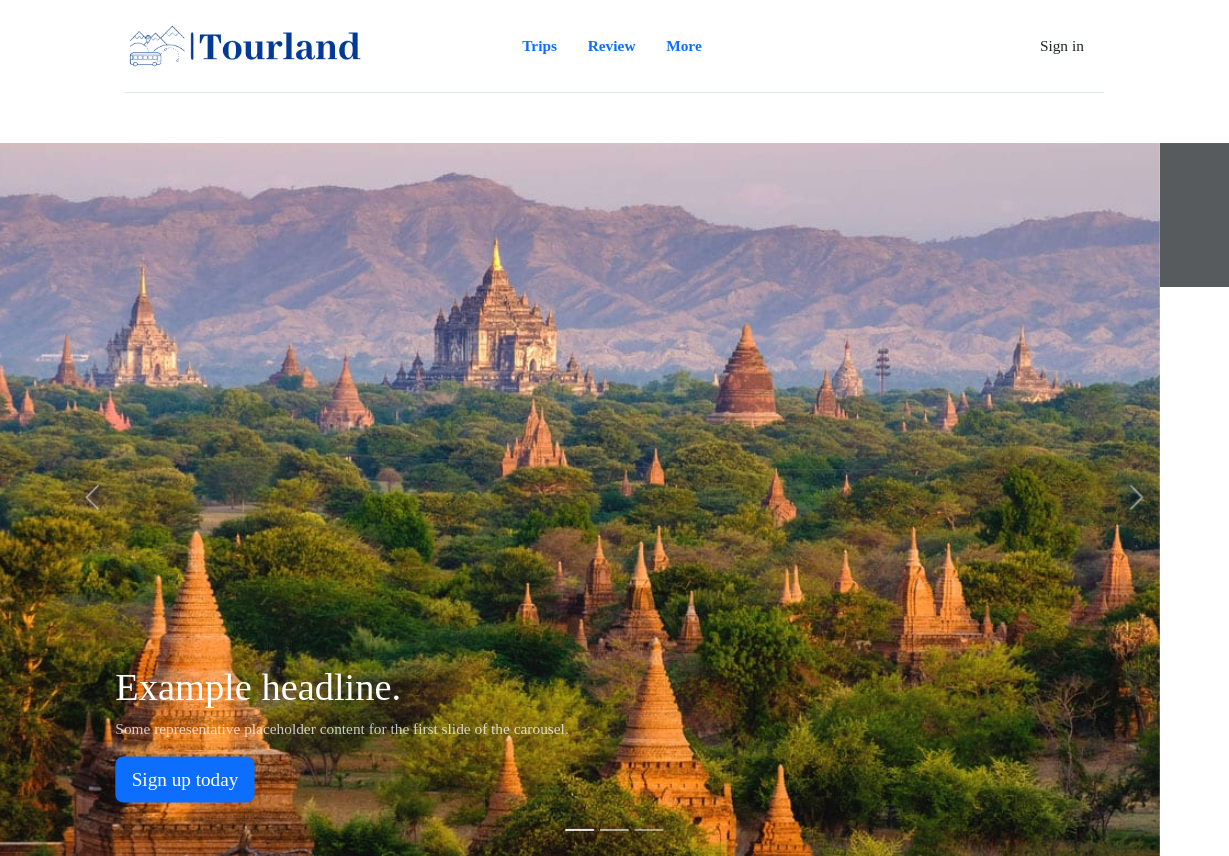
Repository: nyeinsu4520/tourland
Page: http://localhost/index
The author's editor kept a copy of each file at every save. The page is drawn from the files as they stood at one save, then again after the next save.
The browser window is 1280 px wide. The pictures show the whole page, at 96% of full size.
Some web fonts or font styles are not loaded; a fallback is used. The page is this project's Thymeleaf template; nobody is signed in. The template is opened directly, without the code that normally fills it, so the values that code supplies are empty.

Above is the page before, as saved 2024-05-31 16:56:25.

After the next save:
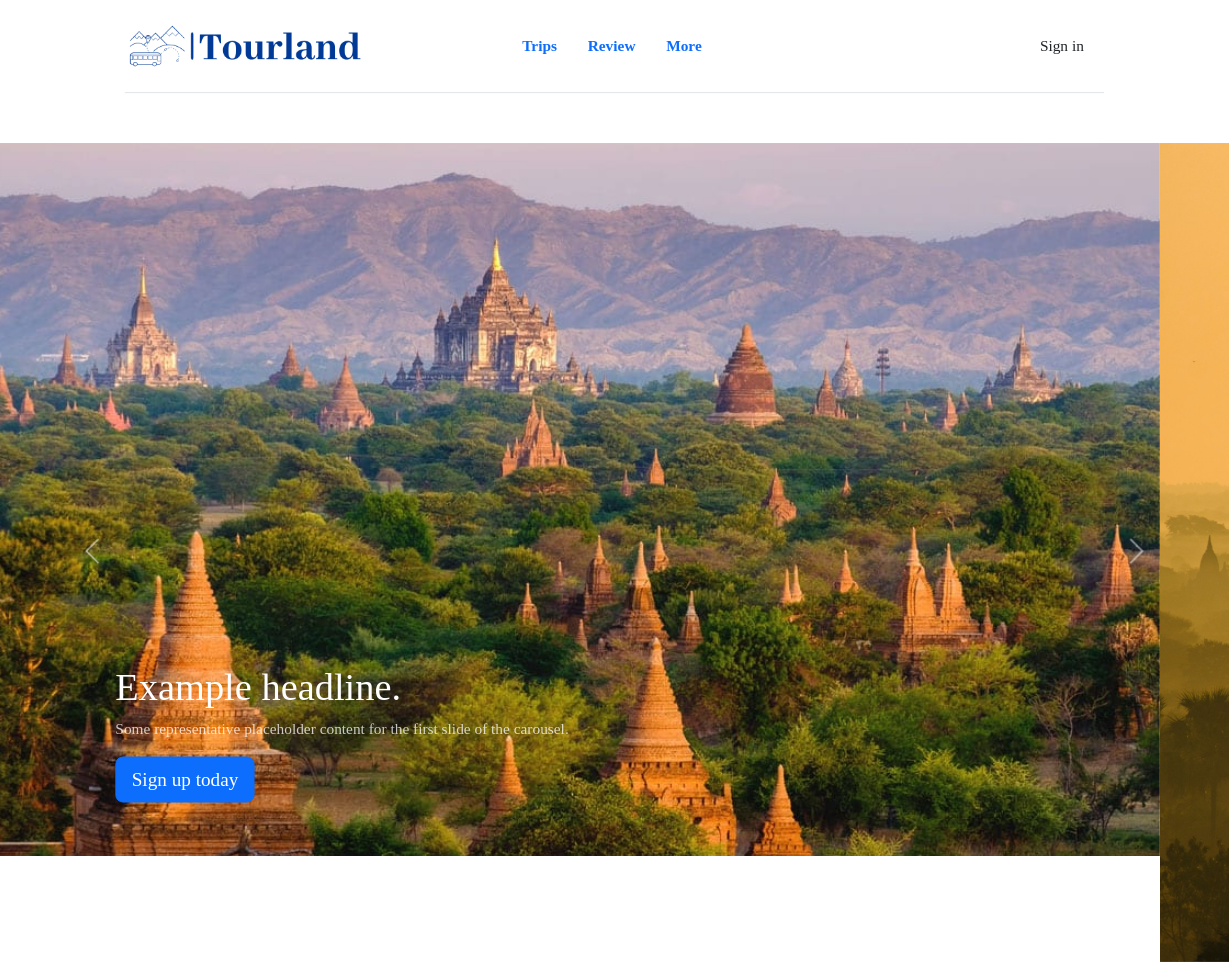
Saved 36 s later.
--- a/Tourland/src/main/resources/templates/index.html
+++ b/Tourland/src/main/resources/templates/index.html
@@ -96,7 +96,7 @@
           </div>
         </div>
         <div class="carousel-item">
-          <svg class="bd-placeholder-img" width="100%" height="100%" xmlns="http://www.w3.org/2000/svg" aria-hidden="true" preserveAspectRatio="xMidYMid slice" focusable="false"><rect width="100%" height="100%" fill="var(--bs-secondary-color)"/></svg>
+          <img src="./image/img/bagan1.jpg" width="100%" >
           <div class="container">
             <div class="carousel-caption">
               <h1>Another example headline.</h1>
